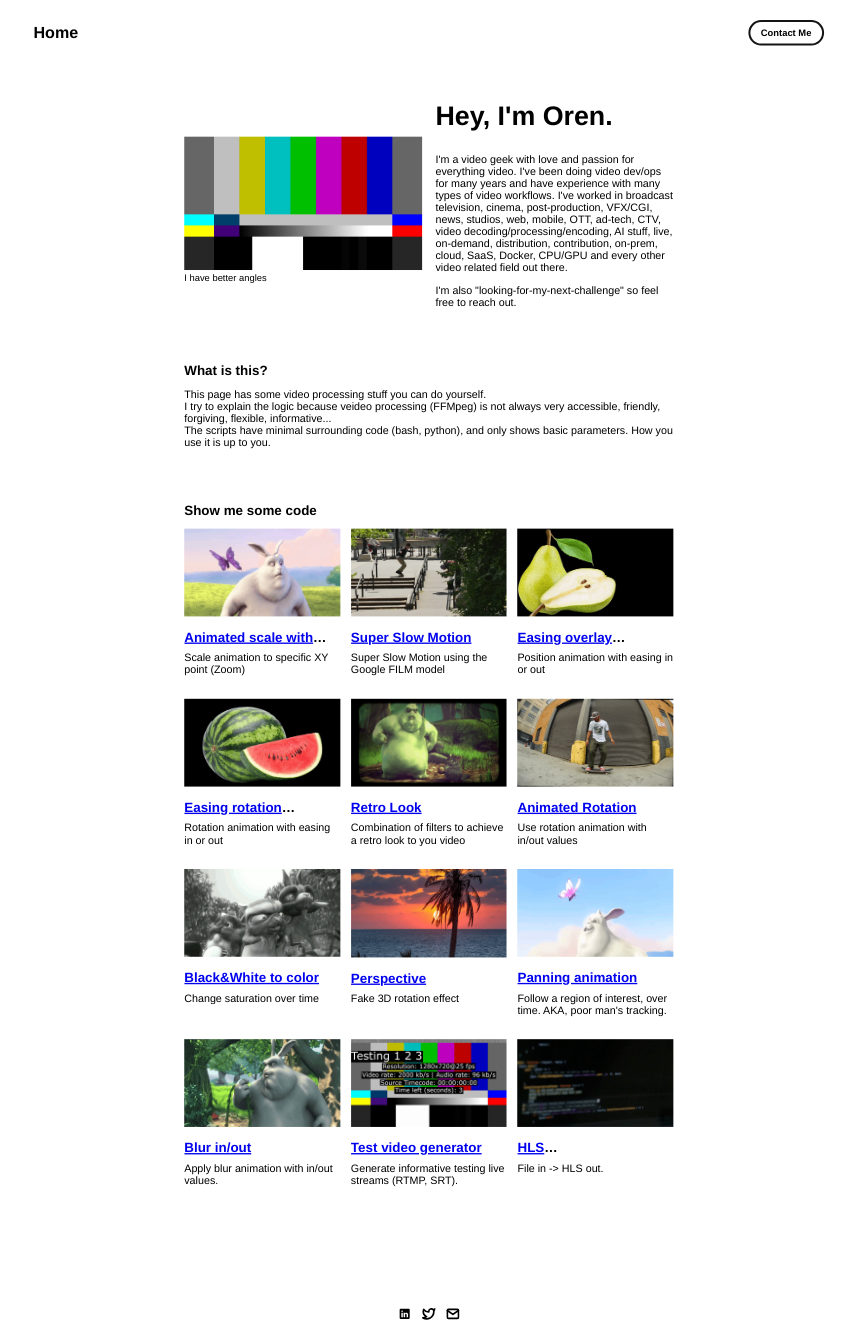
Repository: OrenShalmy/orenshalmy.github.io
Page: index.html
The author's editor kept a copy of each file at every save. The page is drawn from the files as they stood at one save, then again after the next save.
The browser window is 1280 px wide. The pictures show the whole page, at 67% of full size.

Above is the page before, as saved 2024-09-12 22:31:16.

After the next save:
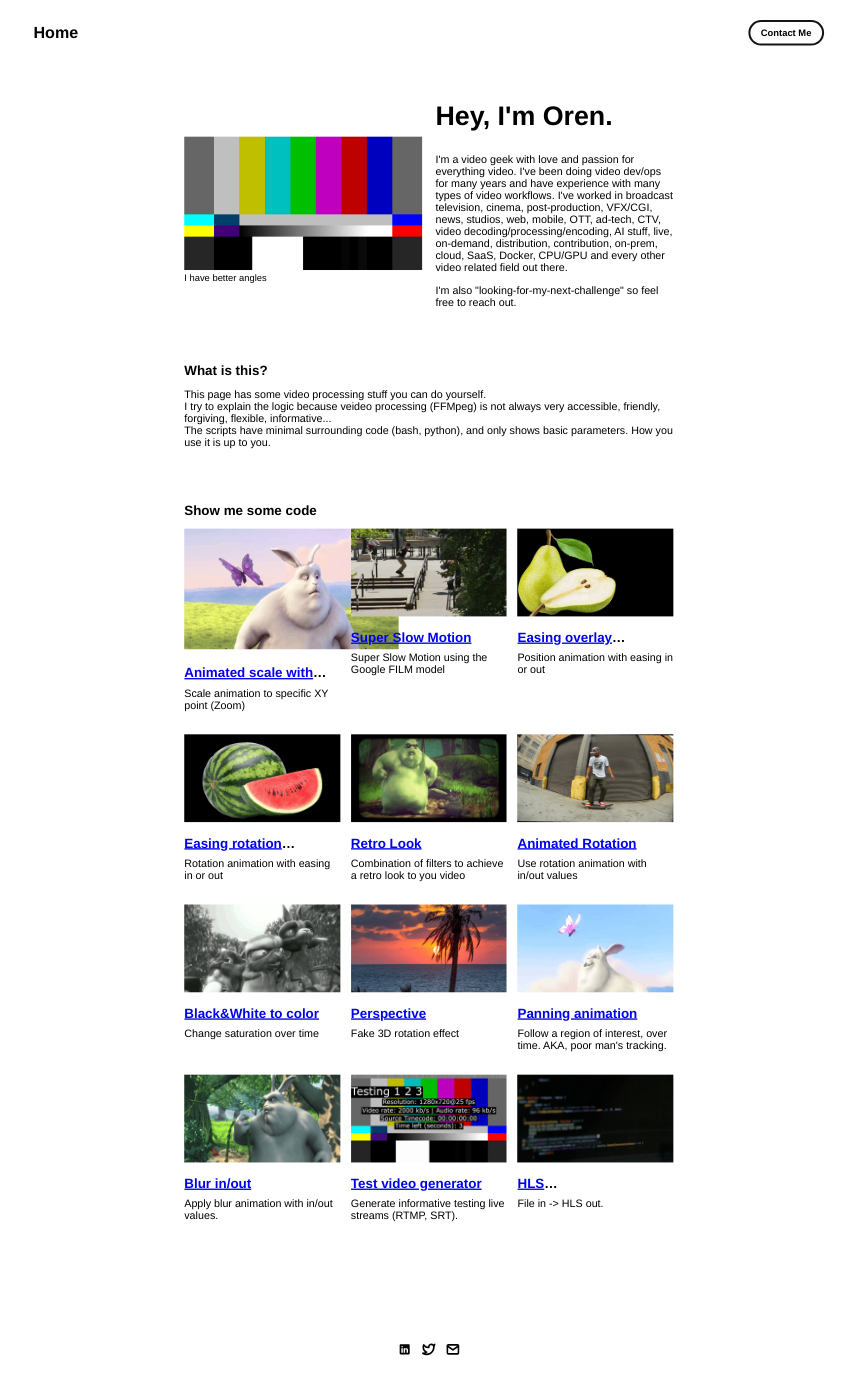
Saved 23 s later.
--- a/index.html
+++ b/index.html
@@ -65,7 +65,7 @@
         <div class="projects-container">
 
           <div class="project-card">
-            <img src="assets/media/anim-scale.gif">
+            <a href="project-pages/animscale.html"><img src="assets/media/anim-scale.gif"></a>
             <div class="project-card-text-container">
               <div class="subheader-text project-title"><a href="project-pages/animscale.html">Animated scale with zooming</a></div>
               <div class="body-text project-card-text">Scale animation to specific XY point (Zoom)</div>

After the save that followed:
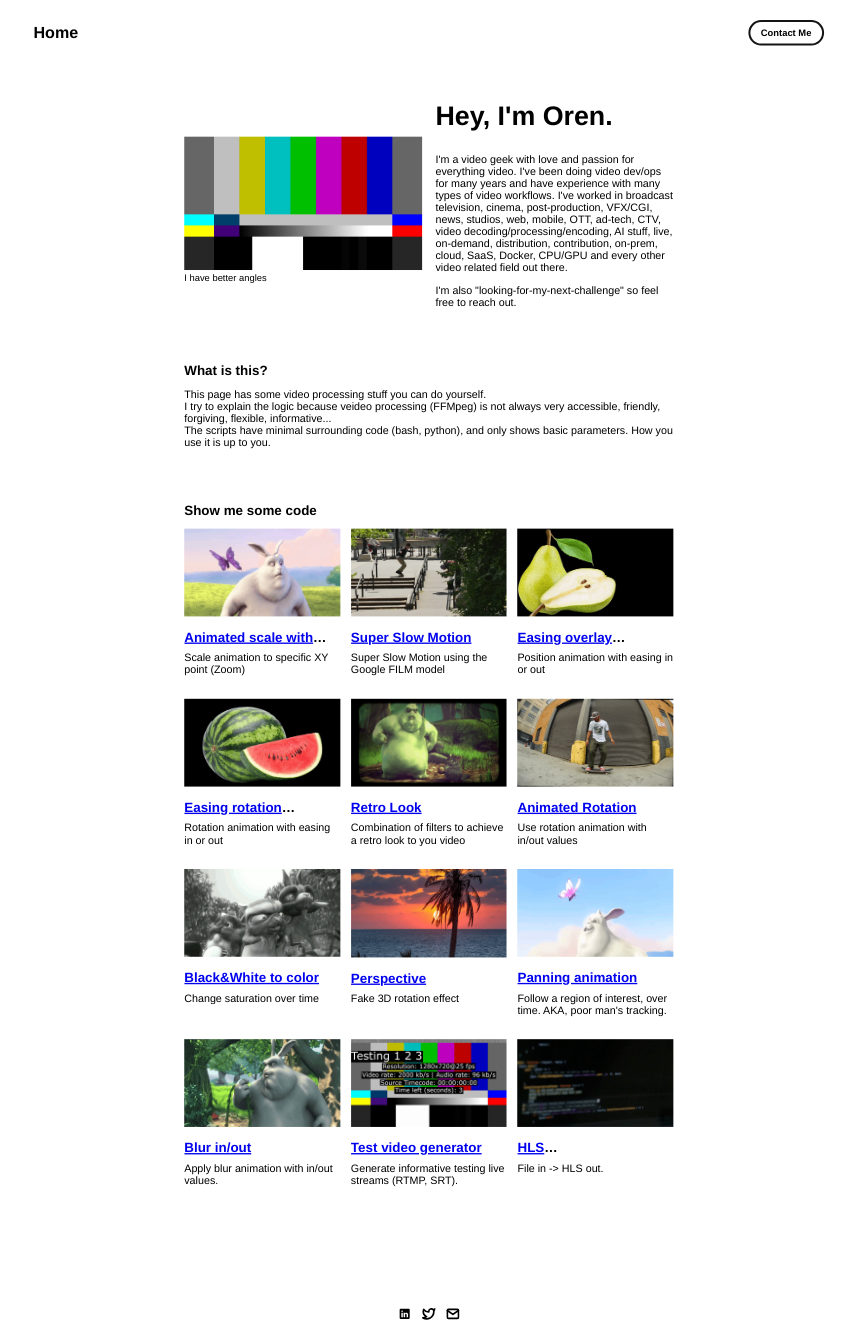
Saved 17 s later.
--- a/index.html
+++ b/index.html
@@ -65,7 +65,7 @@
         <div class="projects-container">
 
           <div class="project-card">
-            <a href="project-pages/animscale.html"><img src="assets/media/anim-scale.gif"></a>
+            <img src="assets/media/anim-scale.gif">
             <div class="project-card-text-container">
               <div class="subheader-text project-title"><a href="project-pages/animscale.html">Animated scale with zooming</a></div>
               <div class="body-text project-card-text">Scale animation to specific XY point (Zoom)</div>
